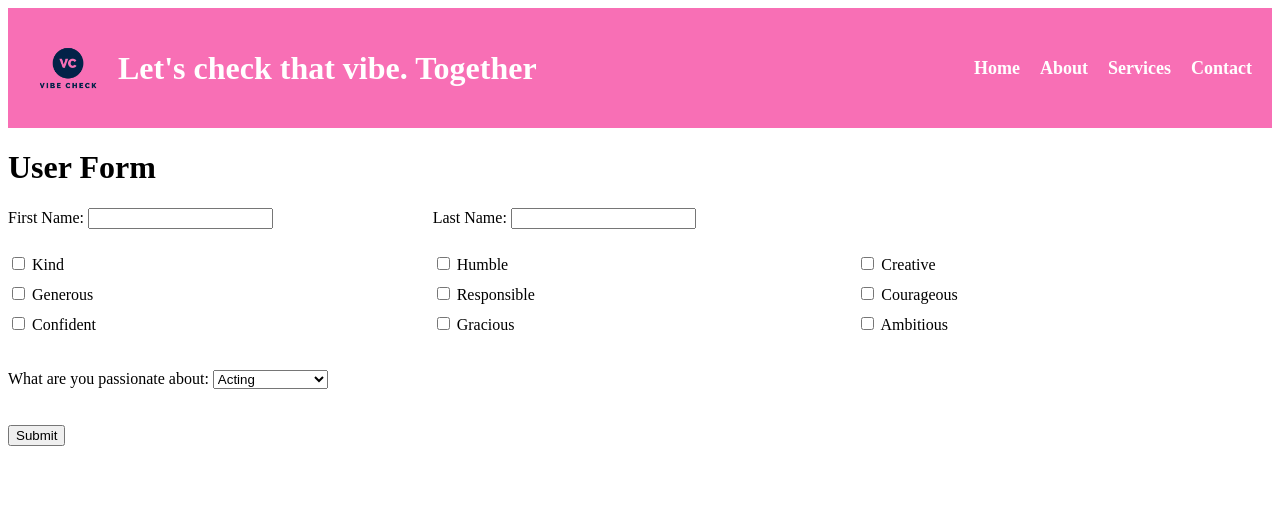
Repository: Chadloswald/Dis-Service
Page: docs/index.html
An editor plug-in stored every save of this project. The page is shown before and after the next save, followed by the edit.
The browser window is 1280 px wide. The pictures show the whole page.

Above is the page before, as saved 2023-05-02 10:16:55.

After the next save:
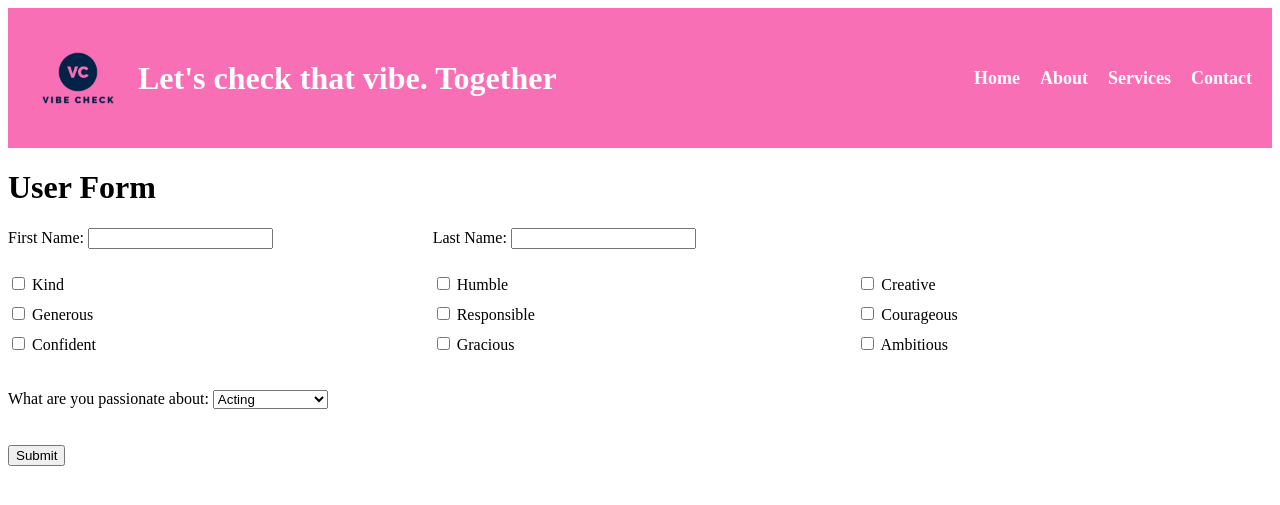
Saved 67 s later.
--- a/docs/styles.css
+++ b/docs/styles.css
@@ -27,7 +27,7 @@ label {
   }
 
   .logo img {
-	height: 80px;
+	height: 100px;
 	margin-right: 10px;
   }
 
